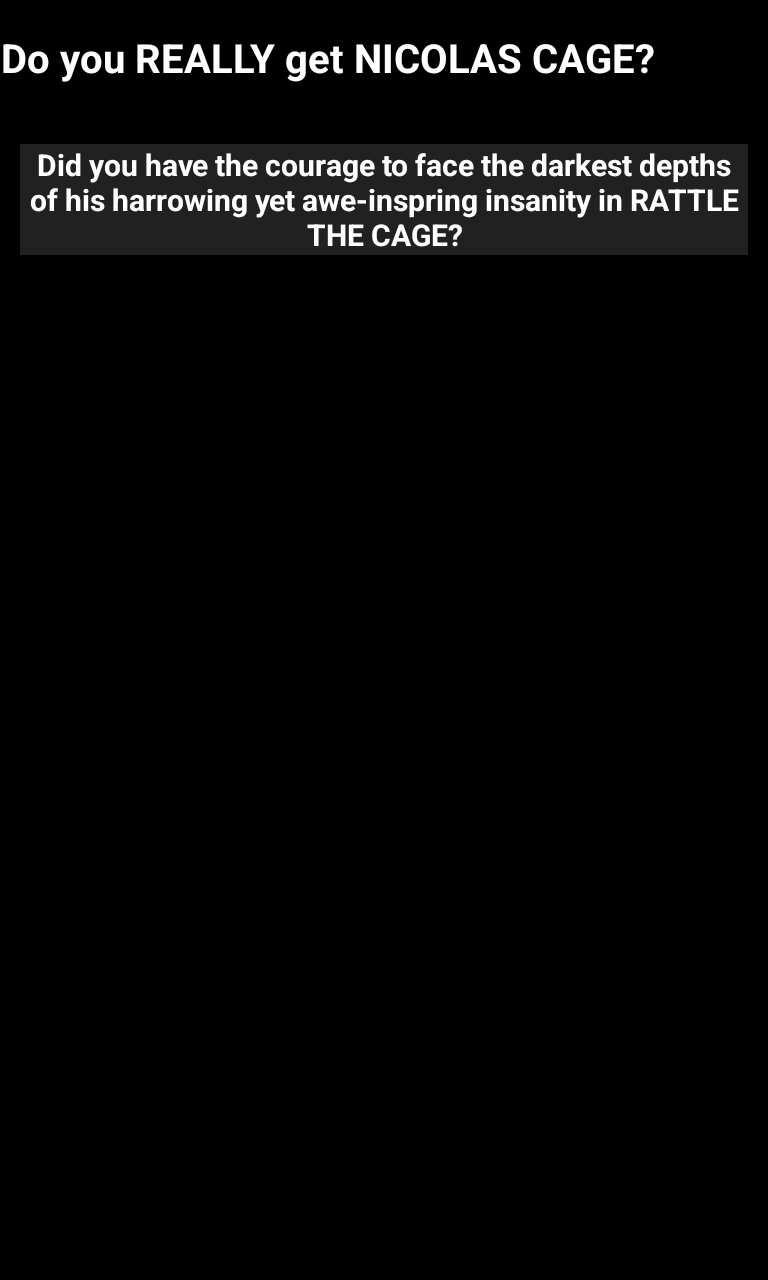
Repository: kylenicola/NicCageMobileApp
Layout: NicolasCageApp/res/layout/activity_score_menu.xml
An editor plug-in stored every save of this project. The layout is shown before and after the next save, followed by the edit.
It is drawn on a 768 x 1280 px phone screen (xhdpi) without system bars, with theme AppTheme; the app's code is not run.

Above is the layout before, as saved 2014-12-04 02:29:44.

### NicolasCageApp/res/layout/activity_score_menu.xml
<?xml version="1.0" encoding="utf-8"?>

<LinearLayout xmlns:android="http://schemas.android.com/apk/res/android"
	android:layout_width="match_parent"
	android:layout_height="match_parent"
	android:background="@android:color/background_dark"
	android:orientation="vertical" >

	 <TextView
	     android:id="@+id/scoreMenuTitle"
	     android:layout_width="wrap_content"
	     android:layout_height="wrap_content"
	     android:gravity="center"
	     android:layout_marginTop="15dp"
	     android:text="@string/score_menu_title"
	     android:textSize="20sp"
	     android:textStyle="bold"
	     android:textColor="@android:color/white" />

	 <Button
		android:id="@+id/button_scoreRattleTheCage"
	    android:layout_width="wrap_content"
	    android:layout_height="wrap_content"
	    android:layout_gravity="center"
	    android:layout_marginTop="30dp"
	    android:layout_marginLeft="10dp"
	    android:layout_marginRight="10dp"
	    android:background="#212121"
	    android:text="@string/rattle_the_cage_score_description"
	    android:textColor="@android:color/white"
	    android:textStyle="bold"
	    android:textSize="15sp"
	    android:radius="10dp"
	    android:OnClick="onClickRattleTheCageScore" />




</LinearLayout>

### NicolasCageApp/res/values/strings.xml
<?xml version="1.0" encoding="utf-8"?>
<resources>

    <string name="app_name">NicolasCageApp</string>
    <string name="hello_world">Hello world!</string>
    <string name="action_settings">Settings</string>
    <string name="title_activity_abcs_with_nic">AbcsWithNic</string>
    <string name="takeQuiz">TAKE THE QUIZ</string>
    <string name="title_activity_settings">Settings</string>
    <string name="slow_down_ABCs">Slow down A, B, C game</string>
    <string name="noSlowDown">NICOLAS CAGE SLOWS DOWN FOR NO MAN</string>
    <string name="score_title">Scores</string>
    <string name="rattle_the_cage_title">Rattle The Cage</string>
    <string name="rattle_the_cage_label">Total Score: </string>
    <string name="title_activity_score_menu">ScoreMenu</string>
    <string name="score_menu_title">Do you REALLY get NICOLAS CAGE?</string>
    <string name="rattle_the_cage_score_description">Did you have the courage to face the darkest depths of his harrowing yet awe-inspring insanity in RATTLE THE CAGE?</string>
    <string name="title_activity_rattle_the_cage_score">RattleTheCageScore</string>

</resources>

### NicolasCageApp/res/drawable/score_menu_button_style.xml
<?xml version="1.0" encoding="utf-8"?>
<shape
    xmlns:android="http://schemas.android.com/apk/res/android"
    android:shape="rectangle">

    <!-- view background color -->
    <solid
        android:color="#212121" >
    </solid>

    <!-- view border color and width -->
    <stroke
        android:width="3dp"
        android:color="@android:color/red" >
    </stroke>

    <!-- If you want to add some padding -->
    <padding
        android:left="5dp"
        android:top="5dp"
        android:right="5dp"
        android:bottom="5dp"    >
    </padding>

    <!-- Here is the corner radius -->
    <corners
        android:radius="10dp"   >
    </corners>

</shape>

Loaded but not shown: NicolasCageApp/res/values/styles.xml (common file); NicolasCageApp/res/values-v11/styles.xml (common file); NicolasCageApp/res/values-v14/styles.xml (common file)

After the next save:
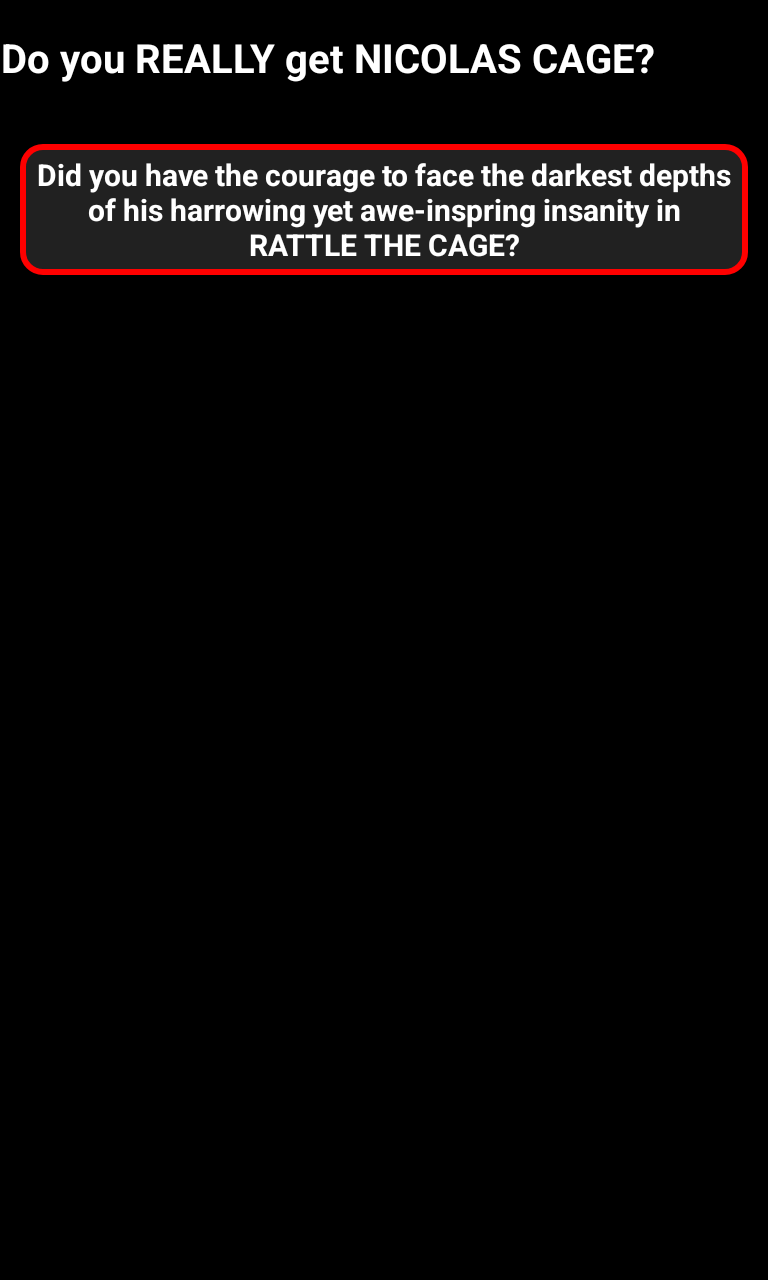
Saved 9 s later.
--- a/NicolasCageApp/res/layout/activity_score_menu.xml
+++ b/NicolasCageApp/res/layout/activity_score_menu.xml
@@ -25,7 +25,7 @@
 	    android:layout_marginTop="30dp"
 	    android:layout_marginLeft="10dp"
 	    android:layout_marginRight="10dp"
-	    android:background="#212121"
+	    android:background="@drawable/score_menu_button_style"
 	    android:text="@string/rattle_the_cage_score_description"
 	    android:textColor="@android:color/white"
 	    android:textStyle="bold"
